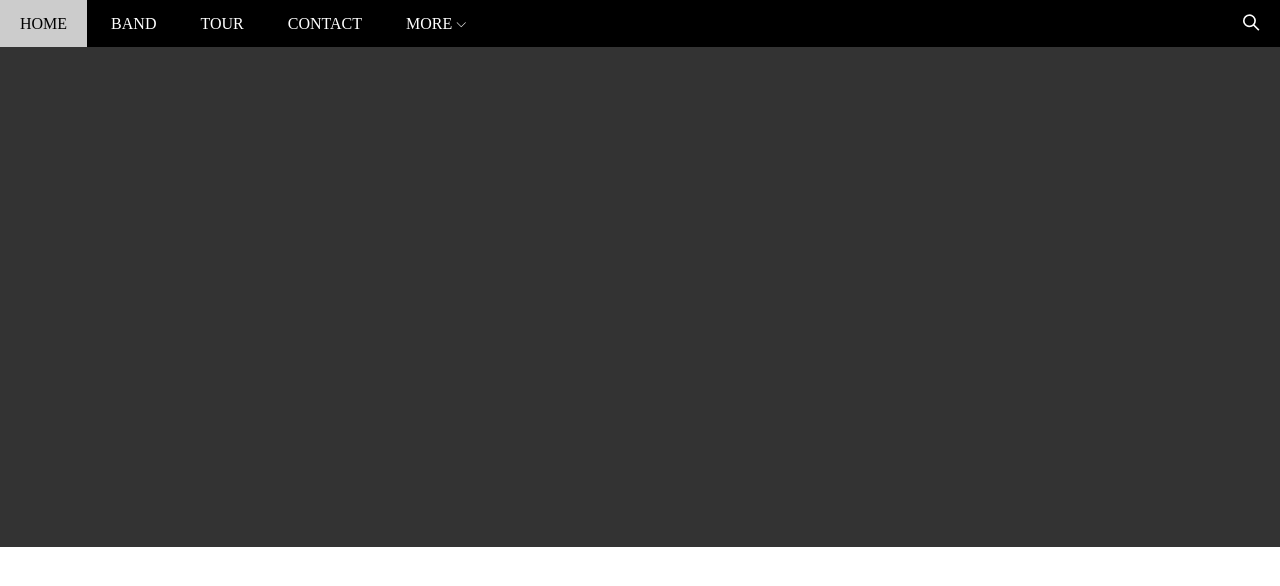
Repository: Dino0411/Dino0411.github.io
Page: index.html
The author's editor kept a copy of each file at every save. The page is drawn from the files as they stood at one save, then again after the next save.
The browser window is 1280 px wide. The pictures show the whole page.
The pointer rests on the first visible `#header .search-bth`.

Above is the page before, as saved 2021-10-03 23:30:14.

After the next save:
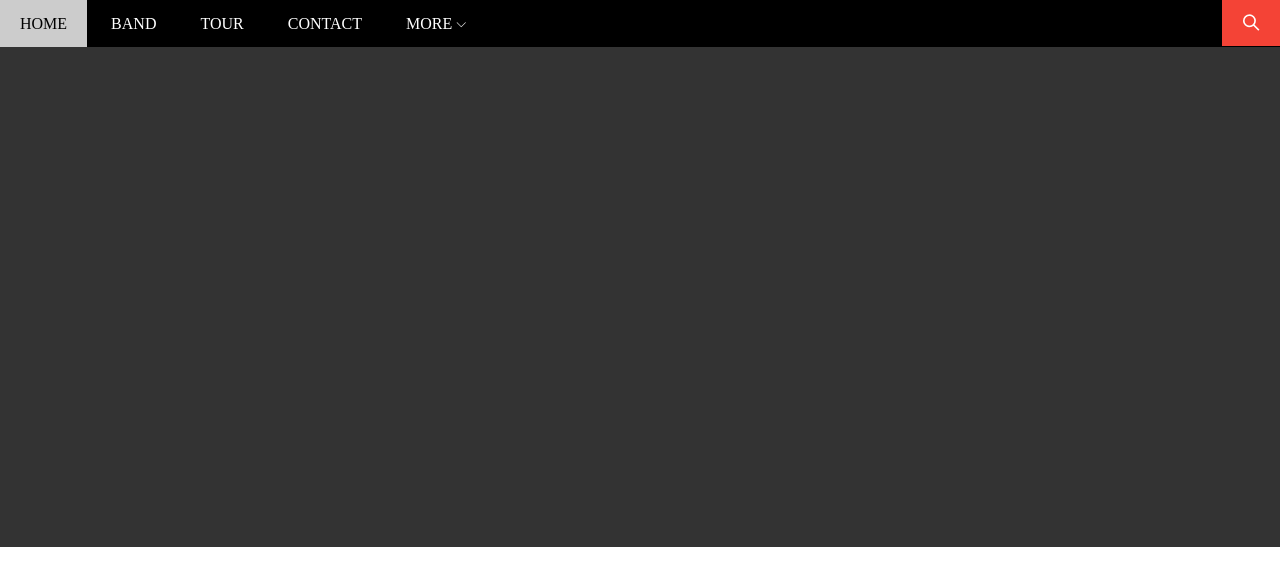
Saved 44 s later.
--- a/assets/css/style.css
+++ b/assets/css/style.css
@@ -78,6 +78,9 @@ TODO:tổng quan đến chi tiết
   float: right;
   padding: 0 21px;
 }
+#header .search-bth:hover {
+  background-color: #f44336;
+}
 #header .search-icon {
   color: #fff;
   font-size: 16px;
